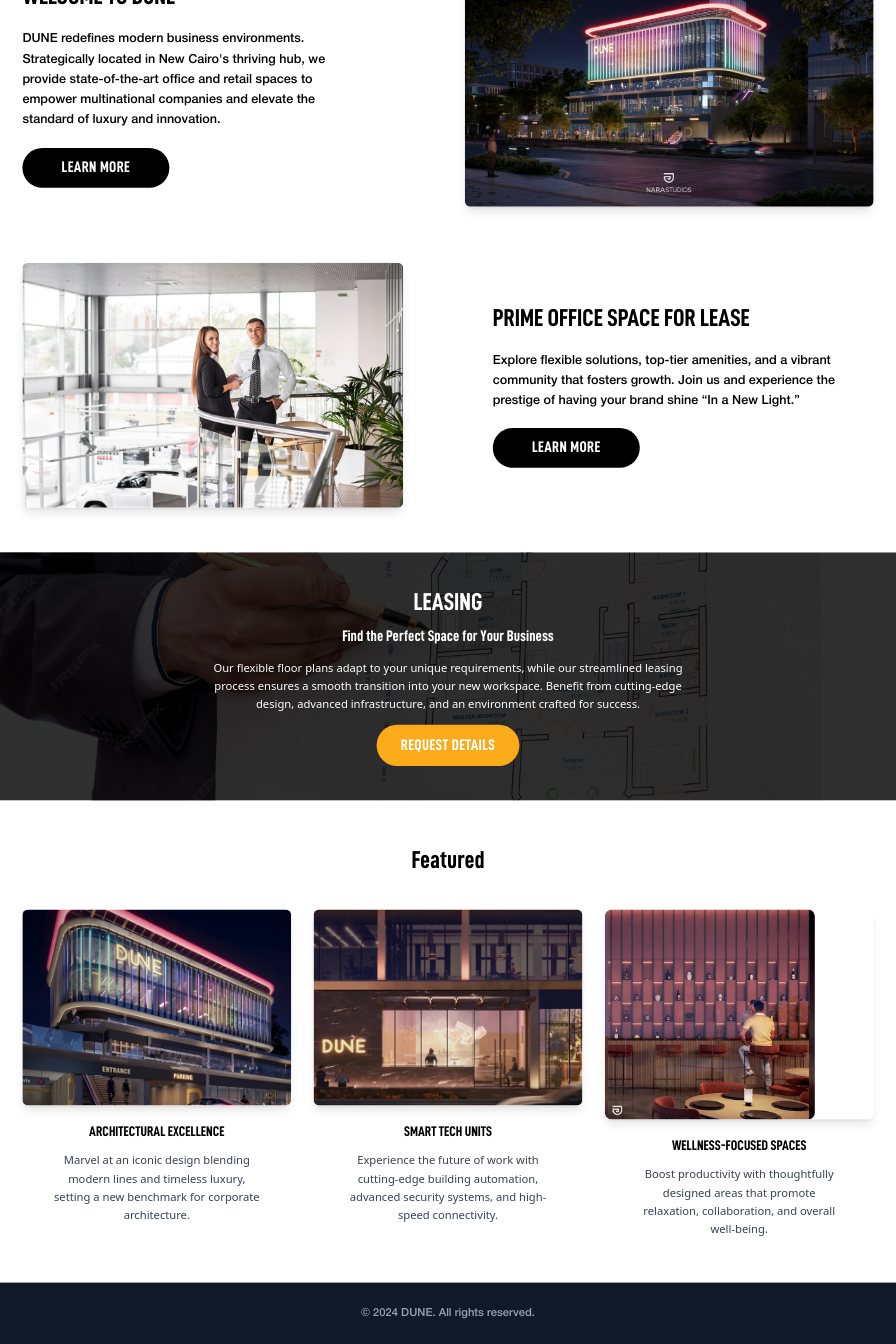
Repository: ahmedassr5765/dune
Page: index.html
These files come from the project's save history. The page is drawn as it stood at one moment and after a run of saves; the edit follows.
The browser window is 1280 px wide. The pictures show the part of the page from y = 1316 to 3236 px (the page is 3236 px tall), at 70% of full size.
Some web libraries are served in a nearby version.

Above is the page before, as saved 2025-07-12 18:55:35.

After the next 2 saves:
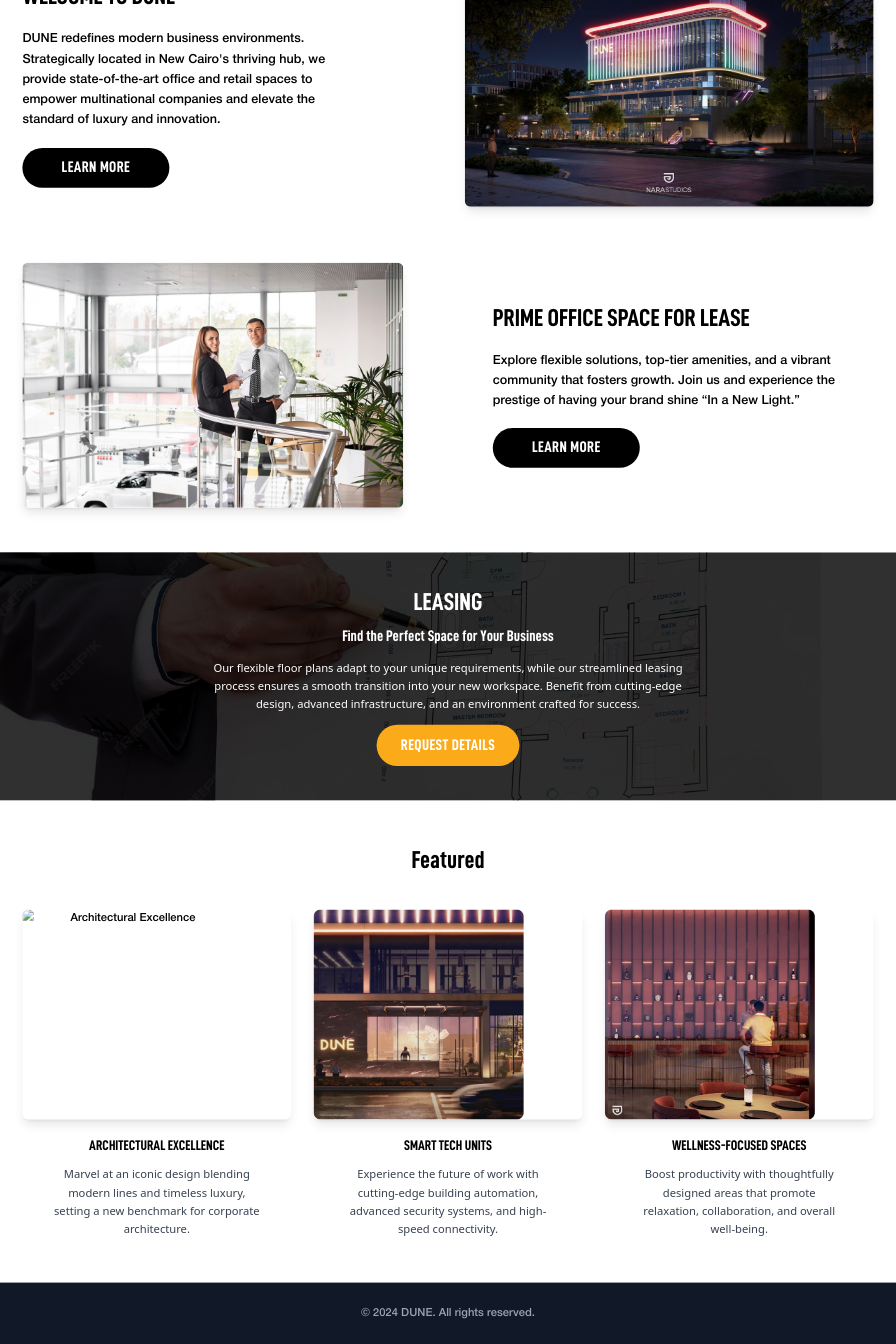
Not found: images/featured-1.png
The 2 saves are shown as one change because they came seconds apart.
The last was saved 6 s later.
--- a/index.html
+++ b/index.html
@@ -310,7 +310,7 @@
                 <!-- Featured Item 1 -->
                 <div class="text-center">
                     <div class="relative overflow-hidden rounded-lg shadow-lg mb-6">
-                        <img src="/images/featured.png" alt="Architectural Excellence" class="w-full h-[280px] object-cover">
+                        <img src="/images/featured-1.png" alt="Architectural Excellence" class="w-[300px] h-[300px] object-cover">
                     </div>
                     <h3 class="text-black font-bold font-ddin text-[20px] mb-4 leading-tight featured-title-1"
                         data-en="ARCHITECTURAL EXCELLENCE"
@@ -327,7 +327,7 @@
                 <!-- Featured Item 2 -->
                 <div class="text-center">
                     <div class="relative overflow-hidden rounded-lg shadow-lg mb-6">
-                        <img src="/images/featured-2.png" alt="Smart Tech Units" class="w-full h-[280px] object-cover">
+                        <img src="/images/featured-2.png" alt="Smart Tech Units" class="w-[300px] h-[300px] object-cover">
                     </div>
                     <h3 class="text-black font-bold font-ddin text-[20px] mb-4 leading-tight featured-title-2"
                         data-en="SMART TECH UNITS"

After the save that followed:
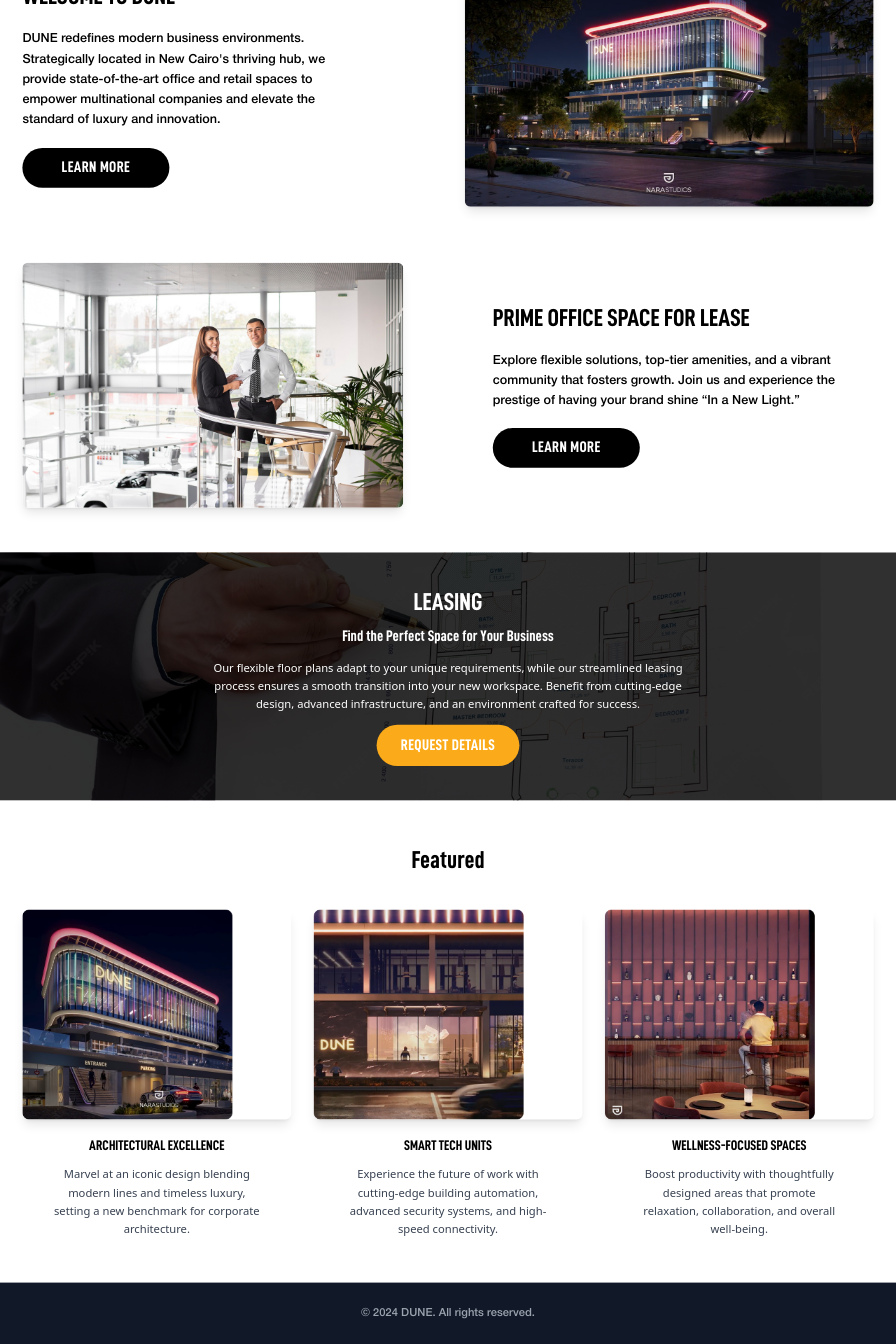
Saved 8 s later.
--- a/index.html
+++ b/index.html
@@ -310,7 +310,7 @@
                 <!-- Featured Item 1 -->
                 <div class="text-center">
                     <div class="relative overflow-hidden rounded-lg shadow-lg mb-6">
-                        <img src="/images/featured-1.png" alt="Architectural Excellence" class="w-[300px] h-[300px] object-cover">
+                        <img src="/images/featured.png" alt="Architectural Excellence" class="w-[300px] h-[300px] object-cover">
                     </div>
                     <h3 class="text-black font-bold font-ddin text-[20px] mb-4 leading-tight featured-title-1"
                         data-en="ARCHITECTURAL EXCELLENCE"
